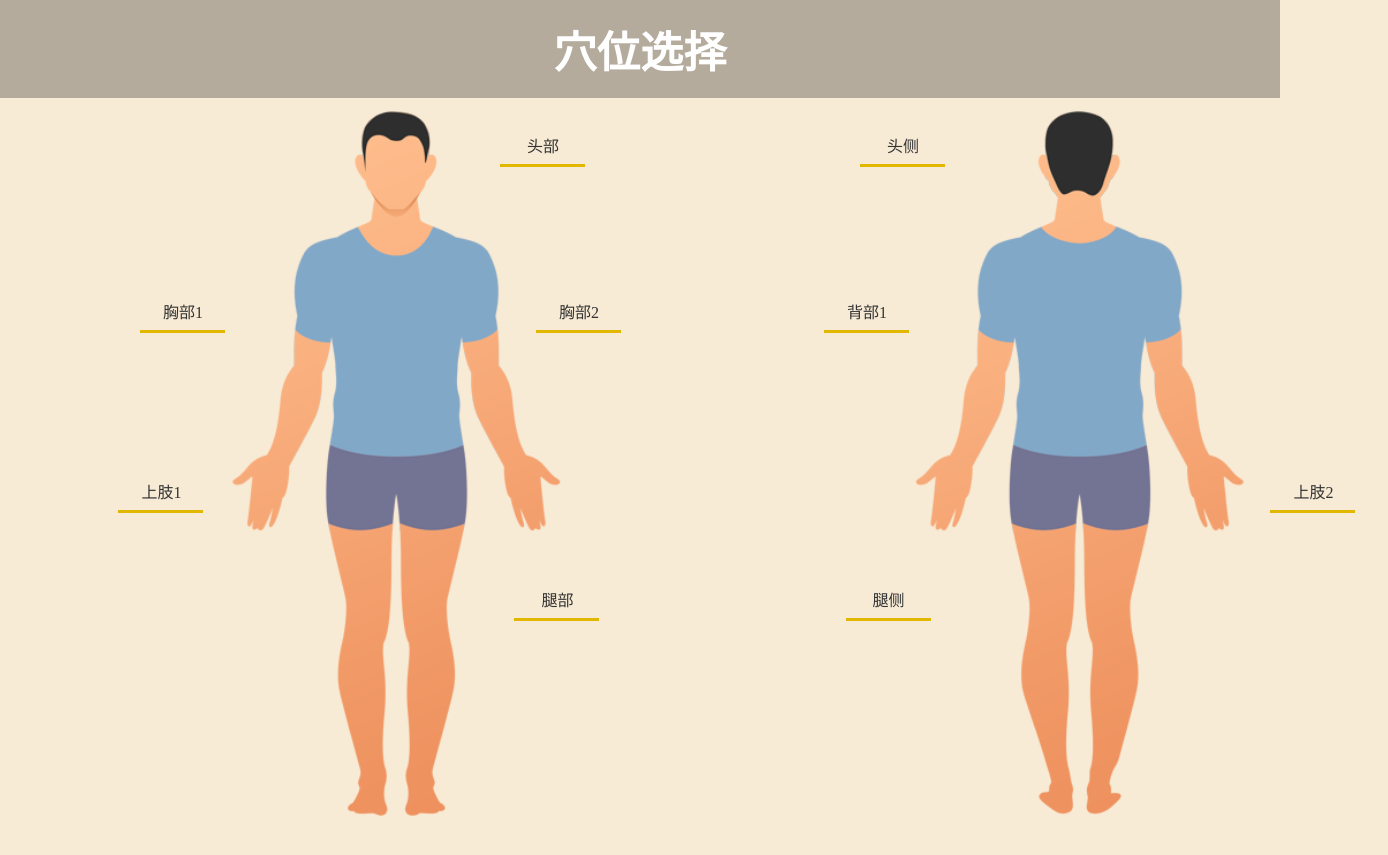
Repository: chjyume/zhongyi
Page: xuewei.html
These files come from the project's save history. The page is drawn as it stood at one moment and after the next save; the edit follows.
The browser window is 1280 px wide. The page is 1388 px wide, so the pictures cover 1388 px, including what lies to the right of the window. The pictures show the whole page.

Above is the page before, as saved 2023-09-12 21:16:23.

After the next save:
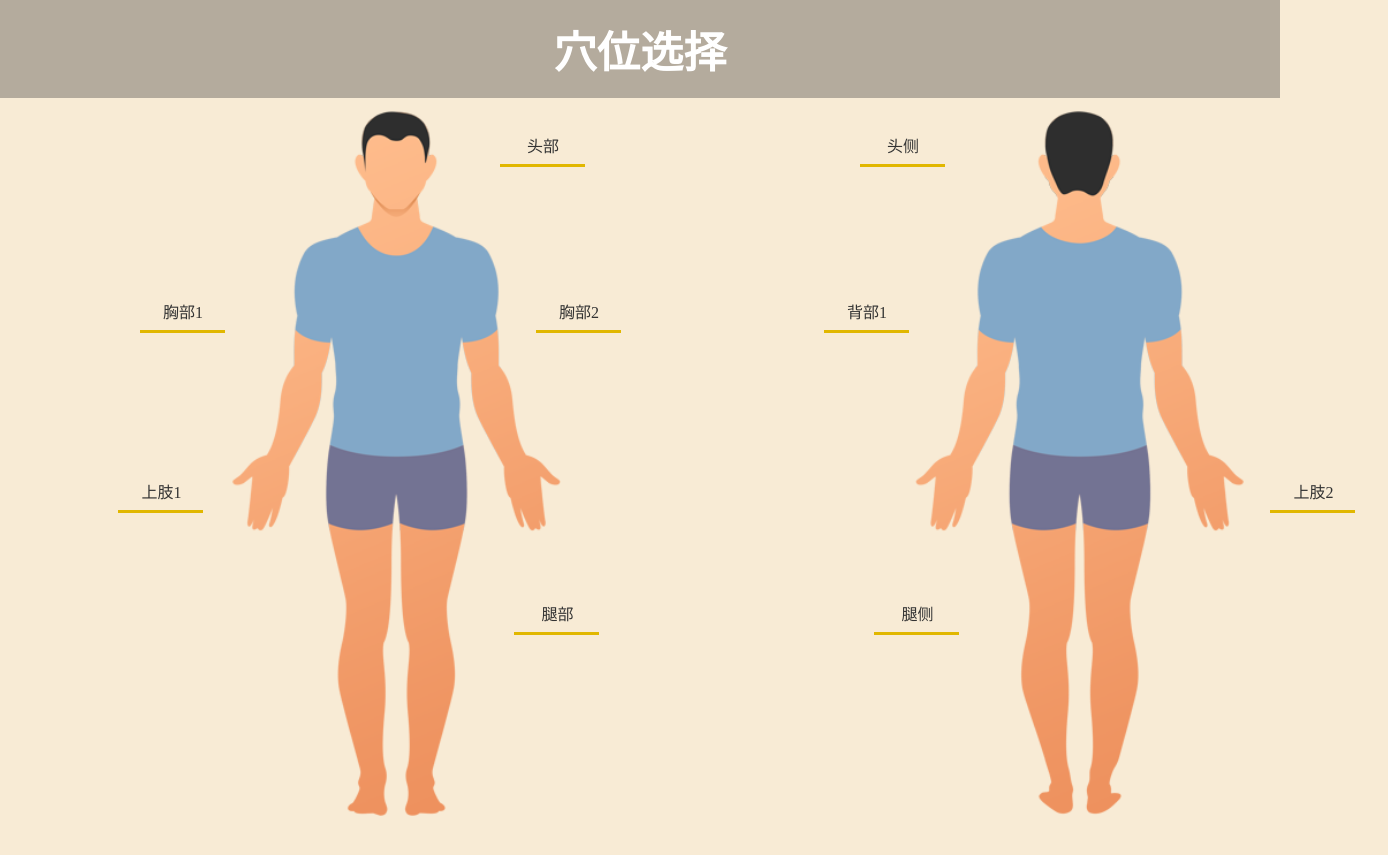
Saved 13 s later.
--- a/css/xuewei.css
+++ b/css/xuewei.css
@@ -71,13 +71,13 @@ margin: 0;
 }
 .btn8 {
     position: absolute;
-    top: 80vh;
+    top: 82vh;
     left: 67vh;
 }
 .btn9 {
     position: absolute;
-    top: 80vh;
-    left: 113vh;
+    top: 82vh;
+    left: 117vh;
 }
 .btn-wrapper {
     z-index: 2;
